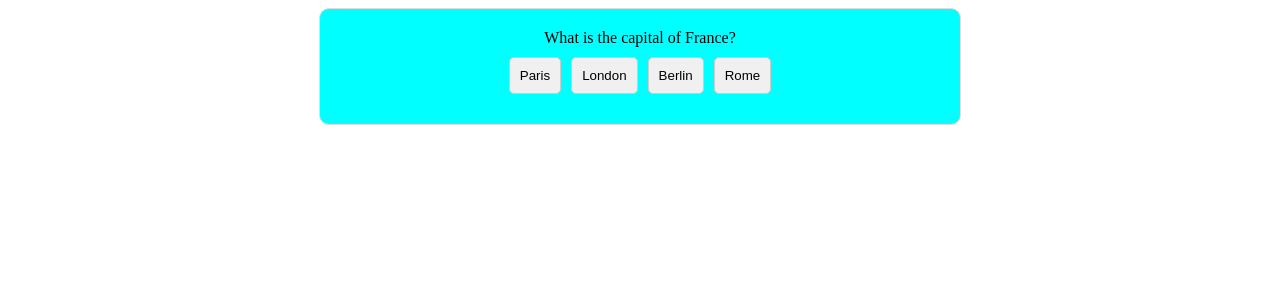
Repository: muteedwaheed/quiz-app
Page: test.html
These files come from the project's save history. The page is drawn as it stood at one moment and after a run of saves; the edit follows.
The browser window is 1280 px wide. The pictures show the whole page.

Above is the page before, as saved 2024-06-23 01:51:25.

After the next 2 saves:
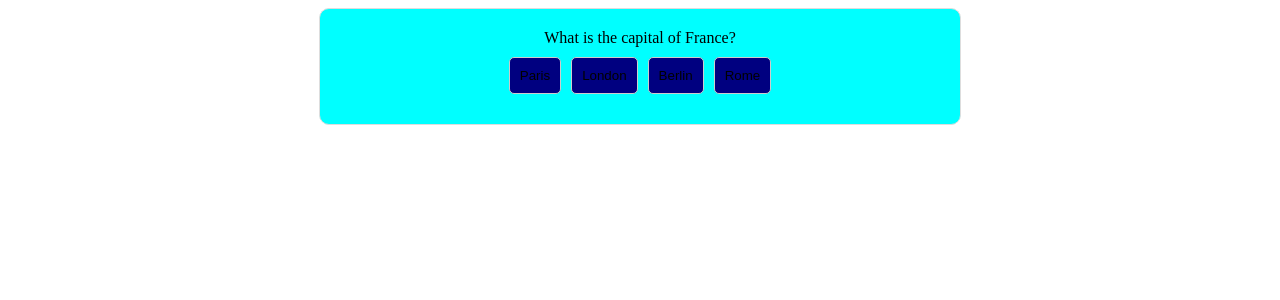
The 2 saves are shown as one change because they came seconds apart.
The last was saved 19 s later.
--- a/test.css
+++ b/test.css
@@ -12,7 +12,7 @@
   display: block;
   margin: 10px 0;
   padding: 10px;
-  background-color: #f0f0f0;
+  background-color:navy;
   border: 1px solid #ccc;
   border-radius: 5px;
   cursor: pointer;
